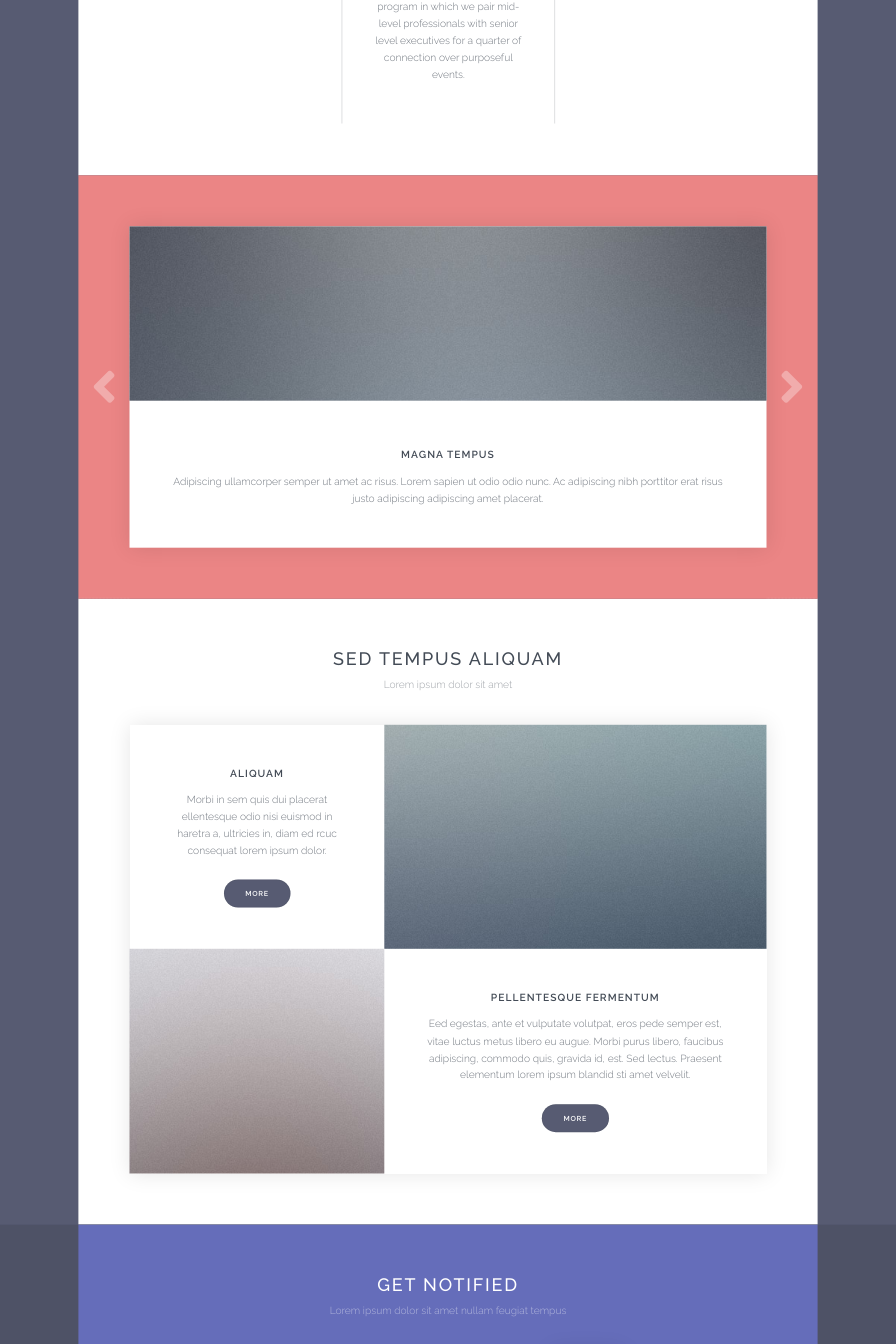
Repository: Roshanell/Houston-women-in-tech
Page: index.html
These files come from the project's save history. The page is drawn as it stood at one moment and after the next save; the edit follows.
The browser window is 1280 px wide. The pictures show the part of the page from y = 1519 to 3439 px (the page is 4056 px tall before and 3450 px after), at 70% of full size.

Above is the page before, as saved 2022-12-11 15:55:00.

### index.html
<!DOCTYPE HTML>

<html>

	<head>
		<title>Texas Women In Tech</title>
		<meta charset="utf-8" />
		<meta name="viewport" content="width=device-width, initial-scale=1, user-scalable=no" />
		<link rel="stylesheet" href="assets/css/main.css" />
	</head>

	<body class="is-preload">

		<!-- Page Wrapper -->
		<div id="page-wrapper">

			<!-- Wrapper -->
			<div class="wrapper">
				<div class="inner">

					<!-- Header -->
					<header id="header">
						<a href="index.html" class="logo">Altitude <span>by Pixelarity</span></a>
						<nav>
							<ul>
								<li><a href="#menu">Menu</a></li>
							</ul>
						</nav>
					</header>

					<!-- Nav -->
					<nav id="menu">
						<ul class="links">
							<li><a href="index.html">Home</a></li>
							<li><a href="generic.html">Generic</a></li>
							<li><a href="elements.html">Elements</a></li>
						</ul>
						<ul class="actions stacked">
							<li><a href="#" class="button primary fit">Sign Up</a></li>
							<li><a href="#" class="button fit">Log In</a></li>
						</ul>
					</nav>

					<!-- Banner -->
					<section id="banner">
						<div class="items">
							<section class="accent2">
								<h1>Our Mission</h1>
								<p>Texas Women in Tech is on a mission to empower women and contribute to sustainability in Texas, by
									investing in the skills of women in technology.
									<br>
									We are a volunteer run organization of Texas women in technology that desire meaningful connections
									with other women in tech, that are seeking to inspire and be inspired, and who are interested in
									elevating ourselves and each other.
								</p>
								<ul class="actions special">
									<li><a href="#" class="button primary">Join Our Cause</a></li>
								</ul>
							</section>
							<section class="accent3">
								<h1>Amet magna</h1>
								<p>Fusce lancinia ipsum feugiat dolor sed matis tempus sed nullam</p>
								<ul class="actions special">
									<li><a href="#" class="button primary">More</a></li>
								</ul>
							</section>
						</div>
						<div class="slider">
							<article>
								<img src="images/pic01.jpg" alt="" data-position="bottom right" />
							</article>
							<article>
								<img src="images/pic02.jpg" alt="" data-position="bottom right" />
							</article>
							<article>
								<img src="images/pic03.jpg" alt="" data-position="top left" />
							</article>
						</div>
					</section>

				</div>
			</div>

			<!-- Wrapper -->
			<div class="wrapper">
				<div class="inner">

					<!-- Section -->
					<section class="main">
						<header class="major">
							<h2>We strive to accomplish our mission through 3 core pillars:</h2>
						</header>
						<div class="features">
							<section>
								<span class="icon solid fa-camera major accent2"></span>
								<h3>Connection through events</h3>
								<p>We believe that connecting women with a community that understands and believes in them opens the
									door for professional and personal growth. We hold various events such as monthly social networking
									meetups that are open to all as well as member only events like executive exchanges, roundtable
									discussions, book clubs and debates.</p>
							</section>
							<section>
								<span class="icon solid fa-paper-plane major accent3"></span>
								<h3>Inspiration through Outreach</h3>
								<p>When we share our journey’s, others learn and benefit from our experience. We aim to increase
									awareness and ignite a passion for STEM careers through community outreach. We welcome inspirational
									guest speakers on a variety of topics. We also are working to establish programs for Texas schools
									such as coding clubs and ensuring women technologists speak at career day sessions. We also are
									developing a mentorship program in which we pair mid-level professionals with senior level executives
									for a quarter of connection over purposeful events.</p>
							</section>
							<section>
								<span class="icon solid fa-envelope major accent4"></span>
								<h3>Elevation through Mentorship and Professional Development </h3>
								<p>We are on a mission to elevate ourselves and one another. We are working to award grants for educational opportunities in tech. Members host knowledge sessions on their particular role, field and journey, to skill-up the next woman. We will also offer skill sessions on topics ranging from coding/low code workshops, agile boot-camps, product design and more.
									-	Get Involved
									</p>
							</section>
						</div>
					</section>

					<!-- Section -->
					<section class="carousel accent4">
						<article>
							<div class="image"><img src="images/pic04.jpg" alt="" data-position="center" /></div>
							<div class="content">
								<h3>Magna tempus</h3>
								<p>Adipiscing ullamcorper semper ut amet ac risus. Lorem sapien ut odio odio nunc. Ac adipiscing nibh
									porttitor erat risus justo adipiscing adipiscing amet placerat.</p>
							</div>
						</article>
						<article>
							<div class="image"><img src="images/pic05.jpg" alt="" data-position="center" /></div>
							<div class="content">
								<h3>Consequat ipsum</h3>
								<p>Sapien a lorem in integer ornare praesent commodo adipiscing arcu in massa commodo lorem accumsan at
									odio massa ac ac. Semper adipiscing varius accumsan.</p>
							</div>
						</article>
						<article>
							<div class="image"><img src="images/pic06.jpg" alt="" data-position="center" /></div>
							<div class="content">
								<h3>Magna tempus</h3>
								<p>Volutpat eu sed ante lacinia sapien lorem accumsan varius montes viverra nibh in adipiscing blandit
									tempus accumsan lorem ipsum dolor sit amet nullam aliquam.</p>
							</div>
						</article>
						<nav>
							<a href="#" class="previous"><span class="label">Previous</span></a>
							<a href="#" class="next"><span class="label">Next</span></a>
						</nav>
					</section>

					<!-- Section -->
					<section class="main">
						<header class="major">
							<h2>Sed tempus aliquam</h2>
							<p>Lorem ipsum dolor sit amet</p>
						</header>
						<div class="spotlights">
							<article>
								<div class="image"><img src="images/pic07.jpg" alt="" data-position="center" /></div>
								<div class="content">
									<h3>Aliquam</h3>
									<p>Morbi in sem quis dui placerat ellentesque odio nisi euismod in haretra a, ultricies in, diam ed
										rcuc consequat lorem ipsum dolor.</p>
									<ul class="actions special">
										<li><a href="#" class="button primary">More</a></li>
									</ul>
								</div>
							</article>
							<article>
								<div class="image"><img src="images/pic08.jpg" alt="" data-position="center" /></div>
								<div class="content">
									<h3>Pellentesque fermentum</h3>
									<p>Eed egestas, ante et vulputate volutpat, eros pede semper est, vitae luctus metus libero eu augue.
										Morbi purus libero, faucibus adipiscing, commodo quis, gravida id, est. Sed lectus. Praesent
										elementum lorem ipsum blandid sti amet velvelit.</p>
									<ul class="actions special">
										<li><a href="#" class="button primary">More</a></li>
									</ul>
								</div>
							</article>
						</div>
					</section>

				</div>
			</div>

			<!-- Wrapper -->
			<div class="wrapper">
				<div class="inner">

					<!-- Section -->
					<section class="main accent2">
						<header class="major">
							<h2>Get notified</h2>
							<p>Lorem ipsum dolor sit amet nullam feugiat tempus</p>
						</header>
						<form method="post" action="#" class="combined">
							<input type="email" name="email" id="email" placeholder="Email address" class="invert" />
							<input type="submit" class="primary" value="Sign Up" />
						</form>
					</section>

					<!-- Footer -->
					<footer id="footer">
						<section class="links">
							<div>
								<h3>Magna</h3>
								<ul class="plain">
									<li><a href="#">Aliquam tempus</a></li>
									<li><a href="#">Ultrecies nul</a></li>
									<li><a href="#">Gravida ultricies</a></li>
									<li><a href="#">Commodo etiam</a></li>
								</ul>
							</div>
							<div>
								<h3>Feugiat</h3>
								<ul class="plain">
									<li><a href="#">Morbi sem lorem</a></li>
									<li><a href="#">Praes sed dapi</a></li>
									<li><a href="#">Sed adipis nullam</a></li>
									<li><a href="#">Fus dolor lacinia</a></li>
								</ul>
							</div>
							<div>
								<h3>Tempus</h3>
								<ul class="plain">
									<li><a href="#">Donecnec etiam</a></li>
									<li><a href="#">Aapibus sedun</a></li>
									<li><a href="#">Namnulla tempus</a></li>
									<li><a href="#">Morbi set amet</a></li>
								</ul>
							</div>
							<div>
								<h3>Aliquam</h3>
								<ul class="plain">
									<li><a href="#">Lorem prasent dia</a></li>
									<li><a href="#">Nellentes ipsum</a></li>
									<li><a href="#">Diamsed arcu dolor</a></li>
									<li><a href="#">Sit amet cursus</a></li>
								</ul>
							</div>
						</section>
						<ul class="contact-icons">
							<li class="icon solid fa-home">1234 Fictional Street #5432 Nashville, TN 00000-0000</li>
							<li class="icon solid fa-phone"><a href="#">(000) 000-0000</a></li>
							<li class="icon solid fa-envelope"><a href="#">info@untitled.tld</a></li>
						</ul>
						<p class="copyright">&copy; Untitled. All rights reserved.</p>
					</footer>

				</div>
			</div>

		</div>

		<!-- Scripts -->
		<script src="assets/js/jquery.min.js"></script>
		<script src="assets/js/browser.min.js"></script>
		<script src="assets/js/breakpoints.min.js"></script>
		<script src="assets/js/util.js"></script>
		<script src="assets/js/main.js"></script>

	</body>

</html>

Loaded but not shown: assets/js/jquery.min.js (library); assets/js/browser.min.js (common file); assets/js/breakpoints.min.js (common file); assets/css/fontawesome-all.min.css (library); assets/js/util.js (587 lines, source omitted); assets/js/main.js (337 lines, source omitted); assets/css/main.css (5511 lines, source omitted)

After the next save:
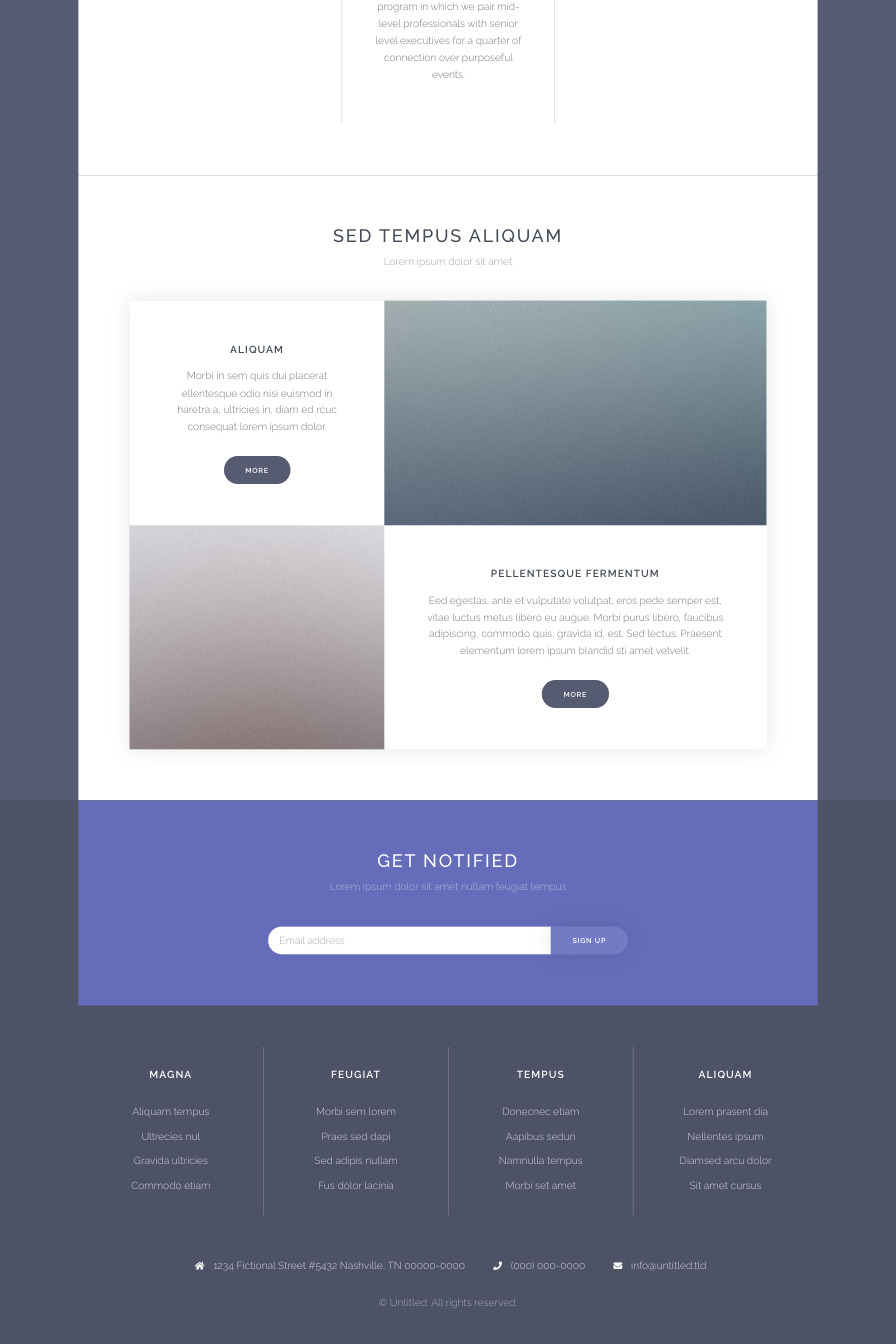
Saved 98 s later.
--- a/index.html
+++ b/index.html
@@ -120,7 +120,7 @@
 					</section>
 
 					<!-- Section -->
-					<section class="carousel accent4">
+					<!-- <section class="carousel accent4">
 						<article>
 							<div class="image"><img src="images/pic04.jpg" alt="" data-position="center" /></div>
 							<div class="content">
@@ -149,7 +149,7 @@
 							<a href="#" class="previous"><span class="label">Previous</span></a>
 							<a href="#" class="next"><span class="label">Next</span></a>
 						</nav>
-					</section>
+					</section> -->
 
 					<!-- Section -->
 					<section class="main">
